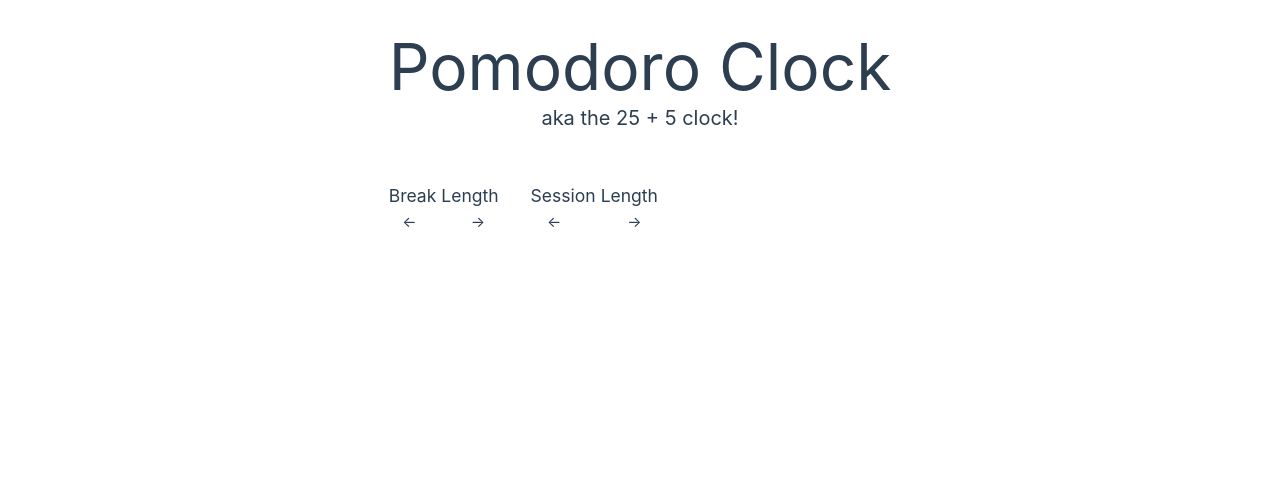
Repository: asing44/FCC
Page: / (app in Front-End-Projects/fcc-frontend-projects-pomodoro/)
These files come from the project's save history. The page is drawn as it stood at one moment and after the next save; the edit follows.
The browser window is 1280 px wide. The pictures show the whole page.
The project was rebuilt for these pictures with package versions that can differ from the ones it lists, and the page was loaded fresh each time. Also part of the build but not shown: Front-End-Projects/fcc-frontend-projects-pomodoro/vite.config.js.

Above is the page before, as saved 2025-01-25 01:53:54.

### Front-End-Projects/fcc-frontend-projects-pomodoro/src/assets/main.css
@import './base.css';

body {
  display: grid;
  min-height: 100svh;
}

#app {
  display: flex;
  max-width: 64vw;
  flex-direction: column;
  gap: 3rem;
  margin: 0 auto;
  padding: 2rem;
  font-weight: normal;
}

a,
.green {
  text-decoration: none;
  color: hsla(160, 100%, 37%, 1);
  transition: 0.4s;
  padding: 3px;
}

@media (hover: hover) {
  a:hover {
    background-color: hsla(160, 100%, 37%, 0.2);
  }
}

### Front-End-Projects/fcc-frontend-projects-pomodoro/src/App.vue
<script setup>
import TheWelcome from './components/TheWelcome.vue'
</script>

<!--

States needed:
- current time
- break
- playState (play, pause, restart etc)

-->

<template>
  <header>
    <h1 class="title">Pomodoro Clock</h1>
    <h2 class="subtitle">aka the 25 + 5 clock!</h2>
  </header>
  <main>
    <TheWelcome />
  </main>
</template>

<style scoped>
.header {
  display: flex;
  width: 100%;
}

.title {
  font-size: 4rem;
  line-height: 1.1;
  text-align: center;
}

.subtitle {
  font-size: 1.25rem;
  text-align: center;
}

</style>

### Front-End-Projects/fcc-frontend-projects-pomodoro/src/components/TheWelcome.vue
<script setup>
import ClockEyebrow from './ClockEyebrows.vue'
</script>

<template>
  <div class="main-wrapper">
    <ClockEyebrow>
      <template #heading>Break Length</template>
    </ClockEyebrow>
    <ClockEyebrow>
      <template #heading>Session Length</template>
    </ClockEyebrow>
  </div>
</template>

<style scoped>

.main-wrapper {
  display: flex;
  gap: 2rem;
}

</style>


<!--
<WelcomeItem>
    <template #icon>
      <DocumentationIcon />
    </template>
    <template #heading>Documentation</template>

    Vue’s
    <a href="https://vuejs.org/" target="_blank" rel="noopener">official documentation</a>
    provides you with all information you need to get started.
  </WelcomeItem>
  -->

### Front-End-Projects/fcc-frontend-projects-pomodoro/src/components/ClockEyebrows.vue
<template>
  <div class="eyebrow">
    <div class="eyebrow_top">
      <h3>
        <slot name="heading"></slot>
      </h3>
    </div>
    <div class="eyebrow_bottom">
      <div class="icon-arrow is--left">←</div>
      <div class="eyebrow_display">
        <slot name="display"></slot>
      </div>
      <div class="icon-arrow is--right">→</div>
    </div>
  </div>
</template>

<style scoped>
.eyebrow_top {
  text-align: center;
}
  .eyebrow_bottom {
    display: flex;
    width: 100%;
    justify-content: space-around;
  }
</style>

Loaded but not shown: Front-End-Projects/fcc-frontend-projects-pomodoro/index.html (common file); Front-End-Projects/fcc-frontend-projects-pomodoro/src/main.js (common file); Front-End-Projects/fcc-frontend-projects-pomodoro/src/assets/base.css (common file)

After the next save:
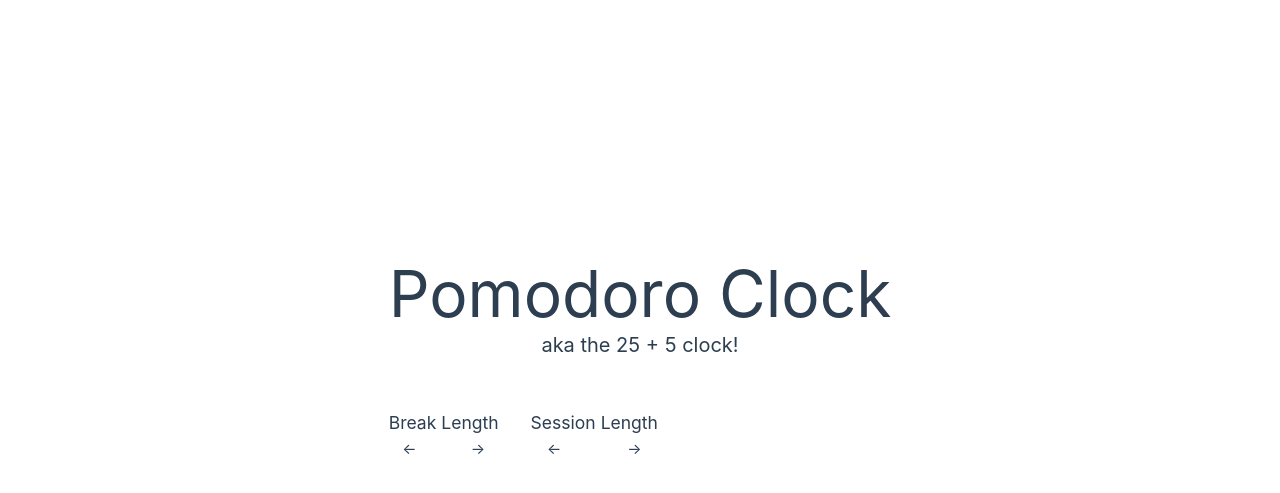
Saved 4 s later.
--- a/Front-End-Projects/fcc-frontend-projects-pomodoro/src/assets/main.css
+++ b/Front-End-Projects/fcc-frontend-projects-pomodoro/src/assets/main.css
@@ -3,6 +3,7 @@
 body {
   display: grid;
   min-height: 100svh;
+  place-content: center;
 }
 
 #app {
